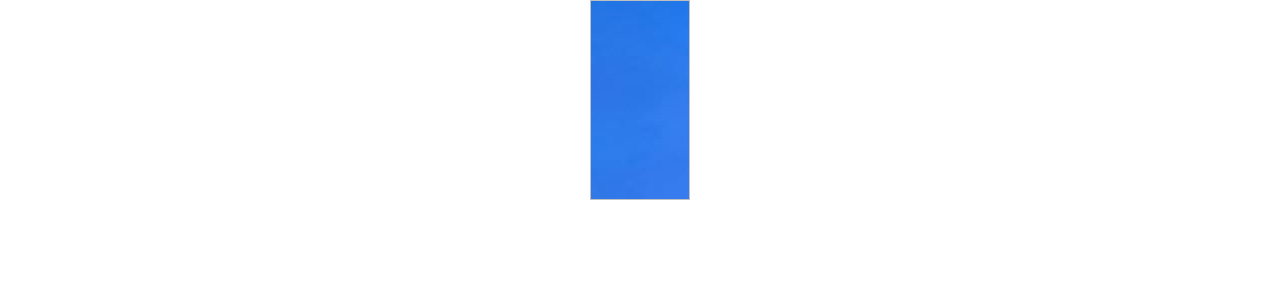
Repository: ManaheelJamil/TechnoFest-competetion
Page: /
The author's editor kept a copy of each file at every save. The page is drawn from the files as they stood at one save, then again after a run of saves.
The browser window is 1280 px wide. The pictures show the whole page.
The project was rebuilt for these pictures with package versions that can differ from the ones it lists, and the page was loaded fresh each time. The framework's server and built-in components were replaced by stand-ins that run in the browser. Also part of the build but not shown: next.config.mjs.

Above is the page before, as saved 2024-10-13 12:50:51.

After the next 2 saves:
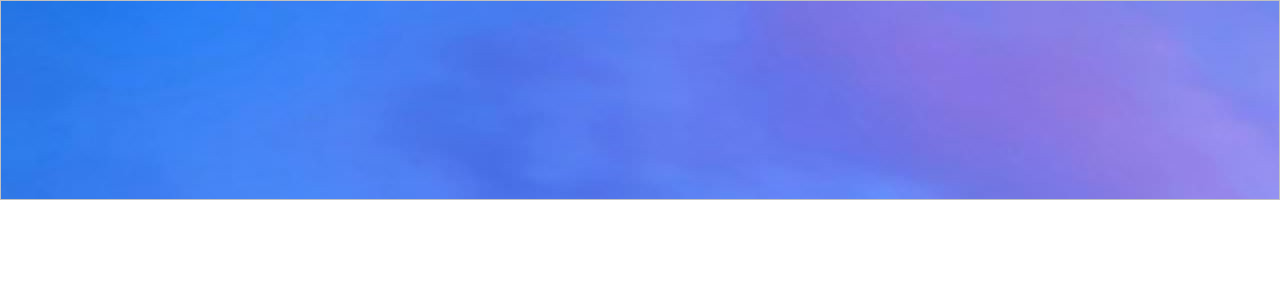
The 2 saves are shown as one change because they came seconds apart.
The last was saved 15 s later.
--- a/app/compoenent/irtizatask.js
+++ b/app/compoenent/irtizatask.js
@@ -3,7 +3,7 @@
 const Irtizatask = () => {
   return (
     <div className='flex justify-center  w-full h-100vh ' >
-        <img className="h-[200px] w-[100px] banner" />
+        <img className="h-[200px] w-full banner" />
         {/* <div className='flex flex-col justify-items-center   text-center'  >
         <p className=''>
             lets do it hurry
